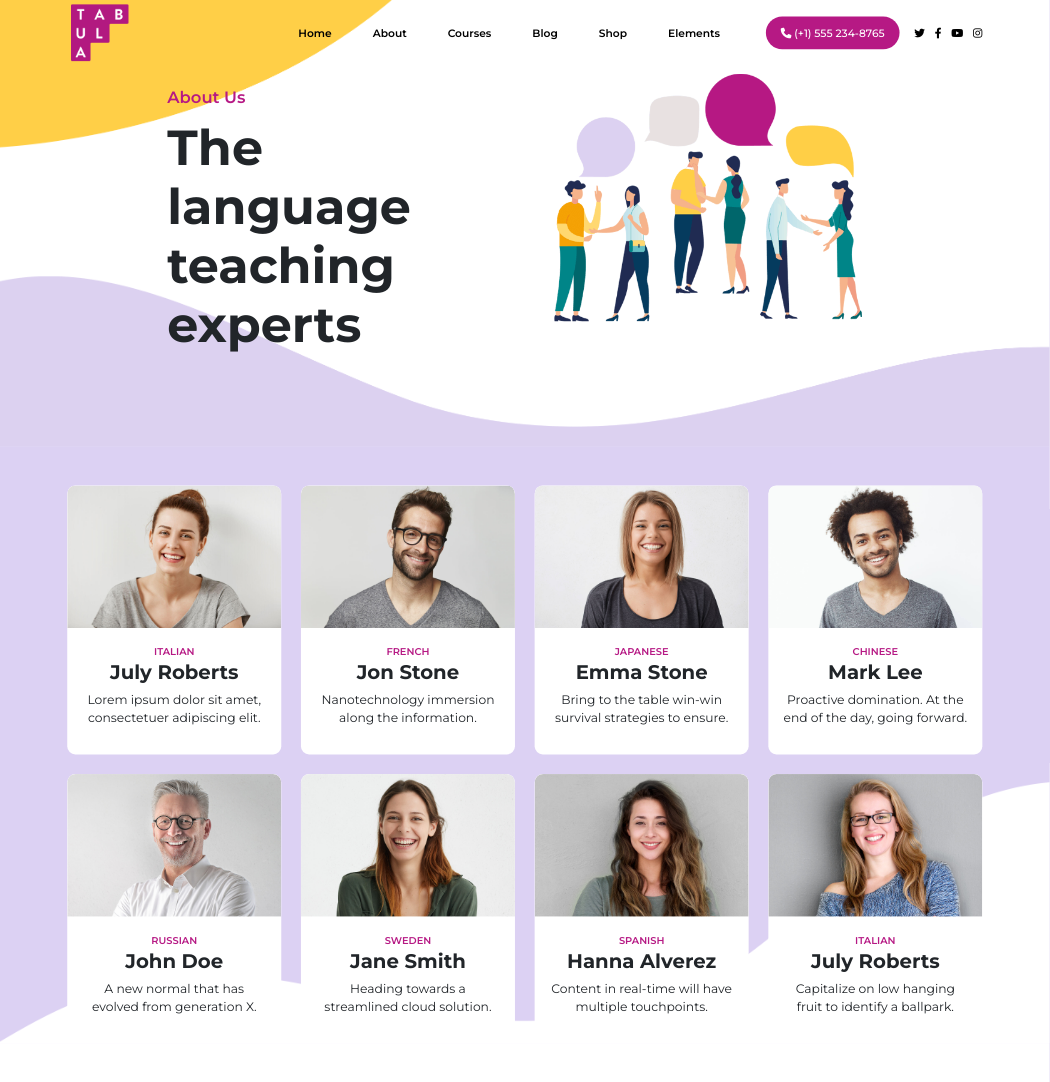
Repository: minhtrivu6199/tabula
Page: index.html
These files come from the project's save history. The page is drawn as it stood at one moment and after the next save; the edit follows.
The browser window is 1280 px wide. The pictures show the whole page, at 82% of full size.
Some web libraries are served in a nearby version. The style sheet was rebuilt from its Sass, Less or Tailwind sources for each picture, by a compiler version that may differ from the author's.

Above is the page before, as saved 2022-09-28 08:48:48.

### index.html
<!DOCTYPE html>
<html lang="en">
  <head>
    <title>Tabula</title>
    <link rel="shortcut icon" href="img/crest.png" type="image/x-icon" />
    <!-- Required meta tags -->
    <meta charset="utf-8" />
    <meta
      name="viewport"
      content="width=device-width, initial-scale=1, shrink-to-fit=no"
    />

    <!-- Font -->
    <link rel="preconnect" href="https://fonts.googleapis.com" />
    <link rel="preconnect" href="https://fonts.gstatic.com" crossorigin />
    <link
      href="https://fonts.googleapis.com/css2?family=Montserrat:wght@300;400;500;600;700&display=swap"
      rel="stylesheet"
    />

    <!-- Bootstrap CSS v5.2.0-beta1 -->
    <link
      rel="stylesheet"
      href="https://cdn.jsdelivr.net/npm/bootstrap@5.2.0/dist/css/bootstrap.min.css"
      integrity="sha384-gH2yIJqKdNHPEq0n4Mqa/HGKIhSkIHeL5AyhkYV8i59U5AR6csBvApHHNl/vI1Bx"
      crossorigin="anonymous"
    />

    <!-- FontAwesome 6.1.1 CSS -->
    <link
      rel="stylesheet"
      href="https://cdnjs.cloudflare.com/ajax/libs/font-awesome/6.1.1/css/all.min.css"
      integrity="sha512-KfkfwYDsLkIlwQp6LFnl8zNdLGxu9YAA1QvwINks4PhcElQSvqcyVLLD9aMhXd13uQjoXtEKNosOWaZqXgel0g=="
      crossorigin="anonymous"
      referrerpolicy="no-referrer"
    />

    <!-- CSS -->
    <link rel="stylesheet" href="./css/style.min.css" />
  </head>

  <body>
    <!-- HEADER -->
    <header class="header">
      <nav class="navbar navbar-expand-lg navbar-fixed-top bg-transparent p-0">
        <div class="container">
          <div class="header-left">
            <a href="" class="navbar-brand logo">
              <img src="./img/crest.png" alt="" />
            </a>
          </div>
          <div class="header-right">
            <div class="header-menu d-xs-none">
              <ul class="navbar-nav menu">
                <li class="nav-item">
                  <a href="" class="nav-link"> Home </a>
                </li>
                <li class="nav-item">
                  <a href="" class="nav-link"> About </a>
                </li>
                <li class="nav-item">
                  <a href="" class="nav-link"> Courses </a>
                </li>
                <li class="nav-item">
                  <a href="" class="nav-link"> Blog </a>
                </li>
                <li class="nav-item">
                  <a href="" class="nav-link"> Shop </a>
                </li>
                <li class="nav-item">
                  <a href="" class="nav-link"> Elements </a>
                </li>
              </ul>
            </div>
            <div class="header-right-inner">
              <div class="header-btn">
                <a href="" class="btn-default">
                  <span class="btnWidgetIcon">
                    <i class="fa fa-phone"></i>
                  </span>
                  <span class="btnWidgetText"> (+1) 555 234-8765 </span>
                </a>
              </div>
              <a href="" class="iconWidget">
                <div class="btnWidgetIcon">
                  <i class="fab fa-twitter"></i>
                </div>
              </a>
              <a href="" class="iconWidget">
                <div class="btnWidgetIcon">
                  <i class="fab fa-facebook-f"></i>
                </div>
              </a>
              <a href="" class="iconWidget">
                <div class="btnWidgetIcon">
                  <i class="fab fa-youtube"></i>
                </div>
              </a>
              <a href="" class="iconWidget">
                <div class="btnWidgetIcon">
                  <i class="fab fa-instagram"></i>
                </div>
              </a>
            </div>
          </div>
        </div>
      </nav>
    </header>
    <!-- END HEADER -->

    <!-- CONTENT WRAP -->
    <section class="contentWrap">
        <div class="contentHolder">
            <div class="contentPort">
                <div class="cell">
                    <div class="cell-inner">
                        <div class="row">
                            <div class="col-6">
                                <div class="col-content">
                                    <span class="subtitle">
                                        About Us
                                    </span>
                                    <h1 class="title">
                                        The language teaching experts
                                    </h1>
                                </div>
                            </div>
                            <div class="col-6">
                                <div class="col-content">
                                    <div class="col-thumb">
                                        <img src="./img/hero_team.png" alt="">
                                    </div>
                                </div>
                            </div>
                        </div>
                    </div>
                </div>
            </div>
            <div class="top-img">
                <img src="./img/yellow_top_wave_01.png" alt="">
            </div>
            <div class="bottom-img">
                <img src="./img/Violet_top_left_wave.png" alt="">
            </div>
        </div>
    </section>
    <!-- END CONTENTWRAP -->

    <!-- CARD -->
    <section class="groupCard">
        <div class="container pt-5">
            <div class="row">
                <div class="col-lg-3 col-md-6 col-sm-6 col-12">
                    <div class="card">
                        <div class="card-img">
                            <img src="./img/teacher_1.jpg" alt="">
                        </div>
                        <div class="card-body">
                            <div class="card-text">
                                <span class="subtitle">
                                    italian
                                </span>
                                <h3 class="teacherName">
                                    July Roberts
                                </h3>
                                <p class="text">
                                    Lorem ipsum dolor sit amet, consectetuer adipiscing elit.
                                </p>
                            </div>
                        </div>
                    </div>
                </div>
                <div class="col-lg-3 col-md-6 col-sm-6 col-12">
                    <div class="card">
                        <div class="card-img">
                            <img src="./img/teacher_2.jpg" alt="">
                        </div>
                        <div class="card-body">
                            <div class="card-text">
                                <span class="subtitle">
                                    FRENCH
                                </span>
                                <h3 class="teacherName">
                                    Jon Stone
                                </h3>
                                <p class="text">
                                    Nanotechnology immersion along the information.
                                </p>
                            </div>
                        </div>
                    </div>
                </div>
                <div class="col-lg-3 col-md-6 col-sm-6 col-12">
                    <div class="card">
                        <div class="card-img">
                            <img src="./img/teacher_3.jpg" alt="">
                        </div>
                        <div class="card-body">
                            <div class="card-text">
                                <span class="subtitle">
                                    JAPANESE
                                </span>
                                <h3 class="teacherName">
                                    Emma Stone
                                </h3>
                                <p class="text">
                                    Bring to the table win-win survival strategies to ensure.
                                </p>
                            </div>
                        </div>
                    </div>
                </div>
                <div class="col-lg-3 col-md-6 col-sm-6 col-12">
                    <div class="card">
                        <div class="card-img">
                            <img src="./img/teacher_4.jpg" alt="">
                        </div>
                        <div class="card-body">
                            <div class="card-text">
                                <span class="subtitle">
                                    CHINESE
                                </span>
                                <h3 class="teacherName">
                                    Mark Lee
                                </h3>
                                <p class="text">
                                    Proactive domination. At the end of the day, going forward.
                                </p>
                            </div>
                        </div>
                    </div>
                </div>
            </div>
            <div class="row pt-4">
                <div class="col-lg-3 col-md-6 col-sm-6 col-12">
                    <div class="card">
                        <div class="card-img">
                            <img src="./img/teacher_5.jpg" alt="">
                        </div>
                        <div class="card-body">
                            <div class="card-text">
                                <span class="subtitle">
                                    RUSSIAN
                                </span>
                                <h3 class="teacherName">
                                    John Doe
                                </h3>
                                <p class="text">
                                    A new normal that has evolved from generation X.
                                </p>
                            </div>
                        </div>
                    </div>
                </div>
                <div class="col-lg-3 col-md-6 col-sm-6 col-12">
                    <div class="card">
                        <div class="card-img">
                            <img src="./img/teacher_6.jpg" alt="">
                        </div>
                        <div class="card-body">
                            <div class="card-text">
                                <span class="subtitle">
                                    SWEDEN
                                </span>
                                <h3 class="teacherName">
                                    Jane Smith
                                </h3>
                                <p class="text">
                                    Heading towards a streamlined cloud solution.
                                </p>
                            </div>
                        </div>
                    </div>
                </div>
                <div class="col-lg-3 col-md-6 col-sm-6 col-12">
                    <div class="card">
                        <div class="card-img">
                            <img src="./img/teacher_7.jpg" alt="">
                        </div>
                        <div class="card-body">
                            <div class="card-text">
                                <span class="subtitle">
                                    SPANISH
                                </span>
                                <h3 class="teacherName">
                                    Hanna Alverez
                                </h3>
                                <p class="text">
                                    Content in real-time will have multiple touchpoints.
                                </p>
                            </div>
                        </div>
                    </div>
                </div>
                <div class="col-lg-3 col-md-6 col-sm-6 col-12">
                    <div class="card">
                        <div class="card-img">
                            <img src="./img/teacher_8.jpg" alt="">
                        </div>
                        <div class="card-body">
                            <div class="card-text">
                                <span class="subtitle">
                                    italian
                                </span>
                                <h3 class="teacherName">
                                    July Roberts
                                </h3>
                                <p class="text">
                                    Capitalize on low hanging fruit to identify a ballpark.
                                </p>
                            </div>
                        </div>
                    </div>
                </div>
            </div>
        </div>
        <div class="bottom-img">
            <img src="./img/Wave_White_bottom_right_shape_01.png" alt="">
        </div>
    </section>
    <!-- END CARD -->

    <!-- FIND COURSE -->
    <section class="findCourse">
        <div class="container pt-5">

        </div>
    </section>
    <!-- Bootstrap JavaScript Libraries -->
    <script
      src="https://cdn.jsdelivr.net/npm/@popperjs/core@2.11.5/dist/umd/popper.min.js"
      integrity="sha384-Xe+8cL9oJa6tN/veChSP7q+mnSPaj5Bcu9mPX5F5xIGE0DVittaqT5lorf0EI7Vk"
      crossorigin="anonymous"
    ></script>

    <script
      src="https://cdn.jsdelivr.net/npm/bootstrap@5.2.0/dist/js/bootstrap.min.js"
      integrity="sha384-ODmDIVzN+pFdexxHEHFBQH3/9/vQ9uori45z4JjnFsRydbmQbmL5t1tQ0culUzyK"
      crossorigin="anonymous"
    ></script>
  </body>
</html>

### scss/style.scss
* {
    margin: 0;
    padding: 0;
    box-sizing: border-box;
}

html, body {
    font-family: 'Montserrat', sans-serif;
}

a {
    text-decoration: none;
}

ul {
    list-style: none;
}

img {
    max-width: 100%;
    height: auto;
}


.header {
    position:absolute;
    width: 100%;
    z-index: 2;
    display: block;
    .navbar{
        .container {
            height: 80px;
            justify-content: space-between;
            .header-left {
                height: 100%;
                .logo {
                    position: relative;
                    z-index: 2;
                    img {
                        width: 80px;
                        display: block;
                    }
                }
            }

            .header-right {
                display: flex;
                justify-content: space-between;
                .header-menu {
                    .menu {
                        .nav-item {
                            display: block;
                            padding: 0 50px 0 0;
                            .nav-link {
                                font-weight: 600;
                                color: #000;
                                line-height: 80px;
                                display: block;
                                position: relative;
                                padding: 0;
                                font-size: 13px;
                                &:hover {
                                    color: #b61984;
                                }
                                &::after {
                                    content: '';
                                    display: block;
                                    position:absolute;
                                    bottom: -4px;
                                    margin-left: -4px;
                                    left: 50%;
                                    height: 8px;
                                    width: 8px;
                                    border-radius: 50%;
                                    transition: all 0.3s ease;
                                    transform: scale(0);
                                    background-color: #b61984;
                                }
                                &:hover::after{
                                    transform: scale(1.1);
                                }
                            }
                        }
                    }
                }

                .header-right-inner {
                    display: flex;
                    line-height: 38px;
                    align-items: center;
                    vertical-align: middle;
                    font-size: 16px;
                    .header-btn {
                        display: inline-block;
                        line-height: 1;
                        width: auto;
                        .btn-default {
                            color: #fff;
                            padding: 12px 18px;
                            margin: 6px;
                            font-weight: 500;
                            text-align: center;
                            background: transparent;
                            box-shadow: 0 0 0 36px #b61984 inset;
                            transition: all 0.3s ease;
                            border-radius: 50px;
                            font-size: 13px;
                            &:hover {
                                color: #b61984;
                                box-shadow: 0 0 0 1px #b61984 inset;
                            }
                        }
                    }

                    .iconWidget {
                        margin-left: 12px;
                        color: #000;
                        font-size: 13px;
                        transition: all 0.3s ease;
                        &:hover {
                            color: #b61984;
                        }
                    }
                }
            }
        }
    }
}

.contentWrap {
    .contentHolder{
        position: relative;
        .contentPort {
            .cell {
                .cell-inner {
                    .row {
                        position: relative;
                        flex-flow: row nowrap;
                        justify-content: center;
                        padding: 60px 0;
                        align-items: center;
                        flex-basis: 50%;
                        max-width: 70%;
                        margin: 0 auto;
                        z-index: 1;
                        .col-6 {
                            .col-content {
                                justify-content: center;
                                .subtitle {
                                    font-size: 20px;
                                    margin-bottom: 10px;
                                    color:#b61984;
                                    font-weight: 600;
                                    display: block;
                                }

                                .title {
                                    font-size: 60px;
                                    font-weight: 700;
                                }

                                .col-thumb {
                                    display: block;
                                    line-height: 0;
                                }
                            }
                        }
                    }
                }
            }
        }
        .top-img {
            top: 0;
            right: 0;
            left: 0;
            position:absolute;
            img {
                width: 100%;
                height: auto;
                display: block;
                user-select: none;
            }
        }

        .bottom-img {
            position: absolute;
            bottom: 0;
            right: 0;
            left: 0;
            .img {
                width: 100%;
                height: auto;
                display: block;
                user-select: none;
            }
        }
    }
}

.groupCard {
    background-color: #dcd1f3;
    position: relative;
    .container {
        .row {
            .card {
                border-radius: 10px;
                border: none;
                z-index: 2;
                transition-delay: 0.2s;
                transition: all 0.5s ease-out;
                &:hover {
                    box-shadow: rgba(0, 0, 0, 0.35) 0px 5px 15px;
                }
                .card-img {
                    overflow: hidden;
                    border-radius: 10px 10px 0 0;
                    img {
                        border-radius: 10px 10px 0 0;
                        transition: transform 1000ms cubic-bezier(.190,1,.220,1),opacity 1000ms cubic-bezier(.190,1,.220,1);
                        &:hover {
                            transform: scale(1.05);
                            .card > & {
                                box-shadow: rgba(0, 0, 0, 0.35) 0px 5px 15px;
                            }
                        }
                    }
                }

                .card-body {
                    text-align: center;
                    .subtitle {
                        font-size: 12px;
                        color: #b61984;
                        font-weight: 600;
                        text-transform: uppercase;
                    }

                    .teacherName {
                        font-size: 24px;
                        font-weight: 700;
                    }

                    .text {
                        font-size: 15px;
                    }
                }
            }
        }
    }
    .bottom-img {
        position: absolute;
        bottom: 0;
        right: 0;
        left: 0;
        img {
            display: block;
            user-select: none;
        }
    }
}

After the next save:
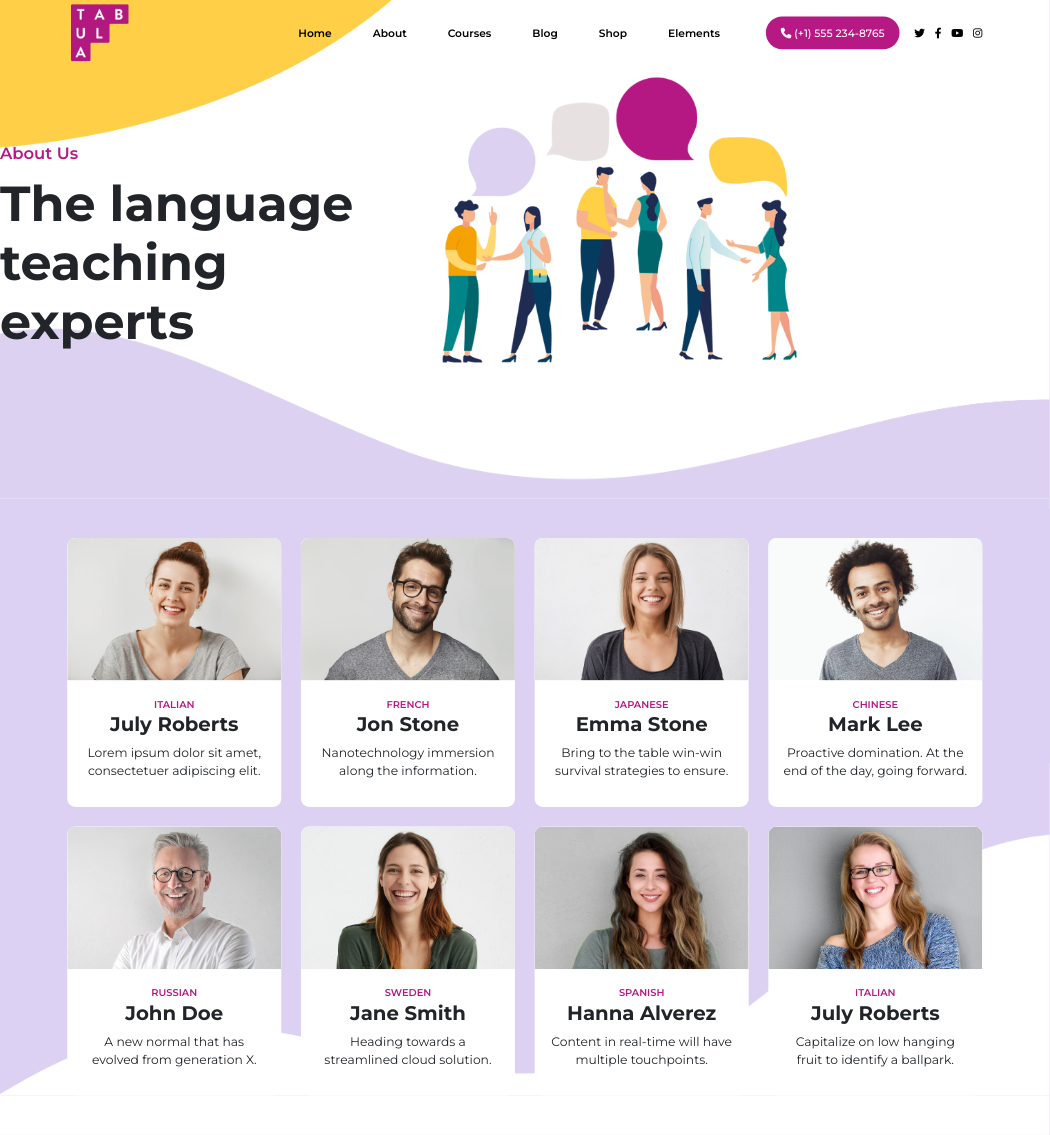
Saved 40 min 46 s later.
--- a/scss/style.scss
+++ b/scss/style.scss
@@ -132,6 +132,7 @@ img {
         position: relative;
         .contentPort {
             .cell {
+                width: 1000px;
                 .cell-inner {
                     .row {
                         position: relative;
@@ -140,8 +141,8 @@ img {
                         padding: 60px 0;
                         align-items: center;
                         flex-basis: 50%;
-                        max-width: 70%;
-                        margin: 0 auto;
+                        // max-width: 70%;
+                        // margin: 0 auto;
                         z-index: 1;
                         .col-6 {
                             .col-content {
